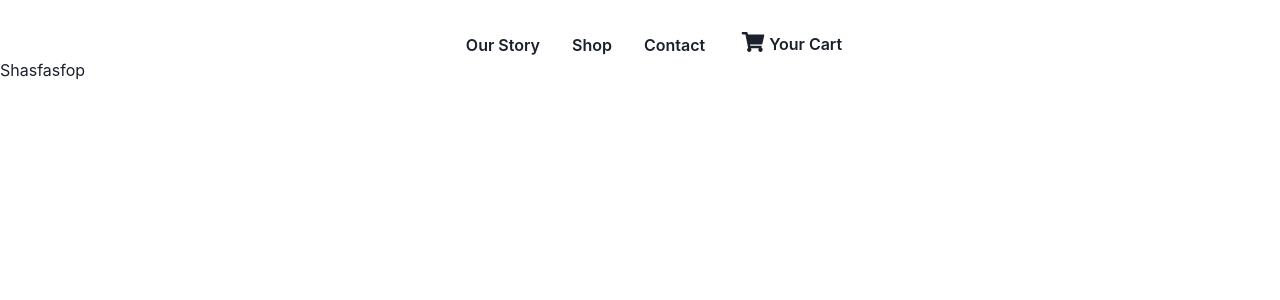
Repository: jammy729/Shop
Page: /shop
An editor plug-in stored every save of this project. The page is shown before and after a run of saves, followed by the edit.
The browser window is 1280 px wide. The pictures show the whole page.
The project was rebuilt for these pictures with package versions that can differ from the ones it lists, and the page was loaded fresh each time. Also part of the build but not shown: src/pages/Home.js, src/pages/Contact.js, src/pages/Cart.js.

Above is the page before, as saved 2022-07-05 21:27:26.

### src/index.js
import React from 'react'
import ReactDOM from 'react-dom/client'
import App from './App'
import { ChakraProvider } from '@chakra-ui/react'

const root = ReactDOM.createRoot(document.getElementById('root'))
root.render(
  <React.StrictMode>
    <ChakraProvider>
      <App />
    </ChakraProvider>
  </React.StrictMode>
)

// If you want to start measuring performance in your app, pass a function
// to log results (for example: reportWebVitals(console.log))
// or send to an analytics endpoint. Learn more: https://bit.ly/CRA-vitals

### src/App.js
import React from 'react'
import { BrowserRouter as Router, Routes, Route } from 'react-router-dom'
import Home from './pages/Home'
import Shop from './pages/Shop'
import Contact from './pages/Contact'
import Cart from './pages/Cart'

import Navbar from './components/Navbar'
const App = () => {
  return (
    <Router>
      <Navbar />
      <Routes>
        <Route exact path='/' element={<Home />} />
        <Route exact path='/shop' element={<Shop />} />
        <Route exact path='/contact' element={<Contact />} />
        <Route exact path='/cart' element={<Cart />} />
      </Routes>
    </Router>
  )
}

export default App

### src/pages/Shop.js
import React from 'react'
import ProductListing from '../components/ProductListing'
const Shop = () => {
  return <div>Shasfasfop</div>
}

export default Shop

### src/components/Navbar.js
import React from 'react'
import {
  Flex,
  Stack,
  MenuItem,
  Menu,
  MenuButton,
  MenuList,
  Box,
  MenuGroup,
  Text,
  Icon,
  Container
} from '@chakra-ui/react'
import { IconButton } from '@chakra-ui/button'
import { HamburgerIcon } from '@chakra-ui/icons'
import { FaShoppingCart } from 'react-icons/fa'

import { Link } from 'react-router-dom'

const Navbar = () => {
  return (
    <Box>
      <Stack direction='row' pt={8}>
        <Container centerContent maxW='800px'>
          <Flex>
            {/* DESKTOP NAVBAR  */}
            <Stack
              direction='row'
              ml={7}
              justifyContent='center'
              alignItems='center'
              display={{ base: 'none', lg: 'flex' }}
            >
              <Menu>
                <Box px={3}>
                  <Link to='./story'>
                    <Text fontWeight='semibold'>Our Story</Text>
                  </Link>
                </Box>
                <Box px={3}>
                  <Link to='./shop'>
                    <Text fontWeight='semibold'>Shop</Text>
                  </Link>
                </Box>
                <Box px={3}>
                  <Link to='./contact'>
                    <Text fontWeight='semibold'>Contact</Text>
                  </Link>
                </Box>
                <Box px={3} direction='row' display='flex'>
                  <Link to='./cart'>
                    <Icon w={8} h={5} as={FaShoppingCart} />
                  </Link>
                  <Text fontWeight='semibold'>Your Cart</Text>
                </Box>
              </Menu>
            </Stack>
          </Flex>
        </Container>
      </Stack>

      {/* MOBILE NAVBAR  */}
      <Box align='right' flex={3} px={6}>
        <Box flex={1} display={{ base: 'inline-block', lg: 'none' }}>
          <Menu isLazy>
            <Link to='./cart'>
              <IconButton
                boxSize='3rem'
                icon={<FaShoppingCart />}
                linkButton={true}
                mx={2}
              />{' '}
            </Link>
            <MenuButton
              boxSize='3rem'
              as={IconButton}
              icon={<HamburgerIcon />}
              aria-label='Options'
            />
            <MenuList>
              <MenuGroup>
                <MenuItem pl={5}>
                  <Link to='./story'>Our Story</Link>
                </MenuItem>
                <MenuItem pl={5}>
                  <Link to='./shop'>Shop</Link>
                </MenuItem>
                <MenuItem pl={5}>
                  <Link to='./contact'>Contact</Link>
                </MenuItem>
              </MenuGroup>
            </MenuList>
          </Menu>
        </Box>
      </Box>
    </Box>
  )
}

export default Navbar

### src/components/ProductListing.js
import React from 'react'

const ProductListing = () => {
  return (
    <div>ProductListing</div>
  )
}

export default ProductListing

Loaded but not shown: public/index.html (common file)

After the next 5 saves:
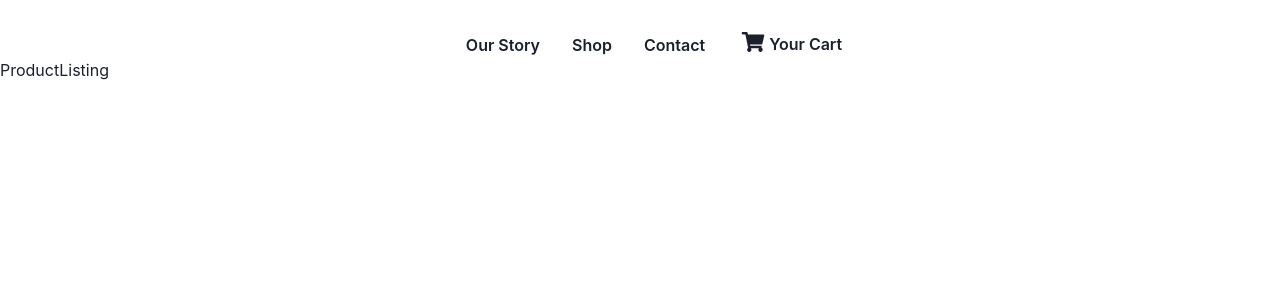
The 5 saves are shown as one change because 2 did not build or start and some came seconds apart.
The last was saved 18 s later.
--- a/src/pages/Shop.js
+++ b/src/pages/Shop.js
@@ -1,7 +1,7 @@
 import React from 'react'
-import ProductListing from '../components/ProductListing'
+import ProductList from '../components/ProductListing'
 const Shop = () => {
-  return <div>Shasfasfop</div>
+  return <ProductList />
 }
 
 export default Shop
